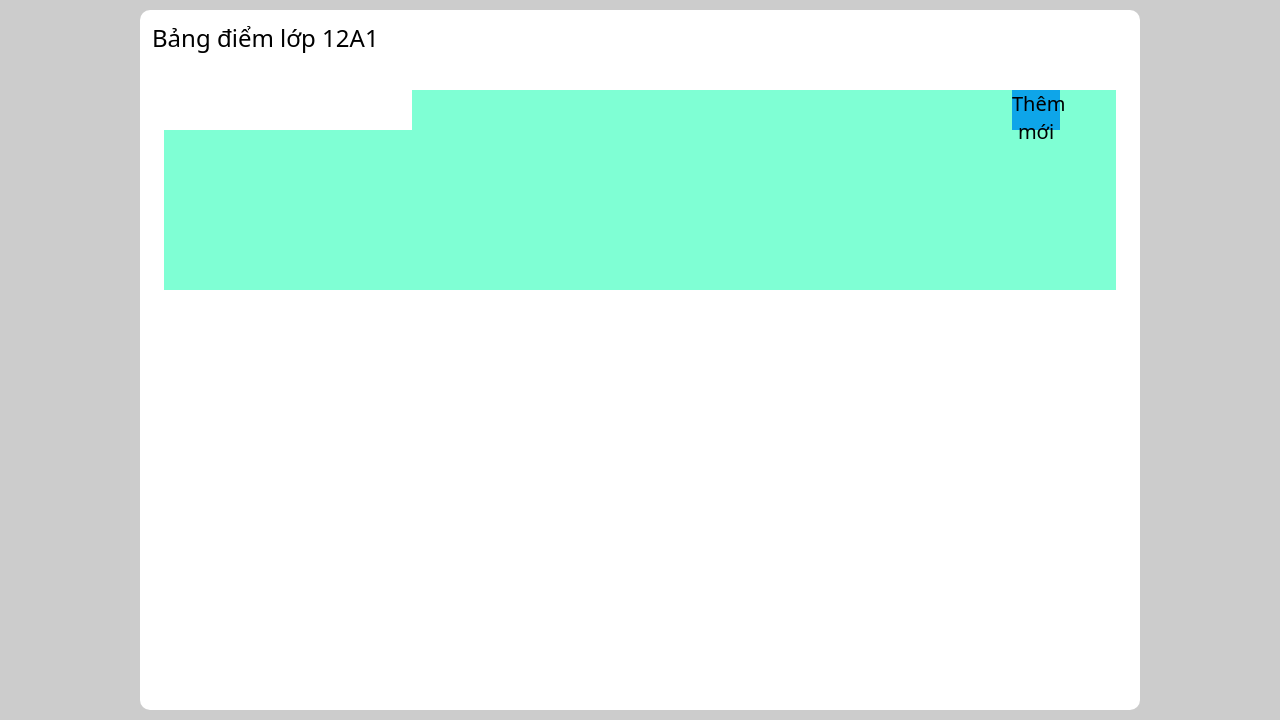
Repository: doducthuan/ReactJS-Movie
Page: /
The author's editor kept a copy of each file at every save. The page is drawn from the files as they stood at one save, then again after the next save.
The browser window is 1280 px wide. The pictures show the whole page.
The project was rebuilt for these pictures with package versions that can differ from the ones it lists, and the page was loaded fresh each time. Also part of the build but not shown: src/App.css.

Above is the page before, as saved 2024-01-13 05:58:15.

After the next save:
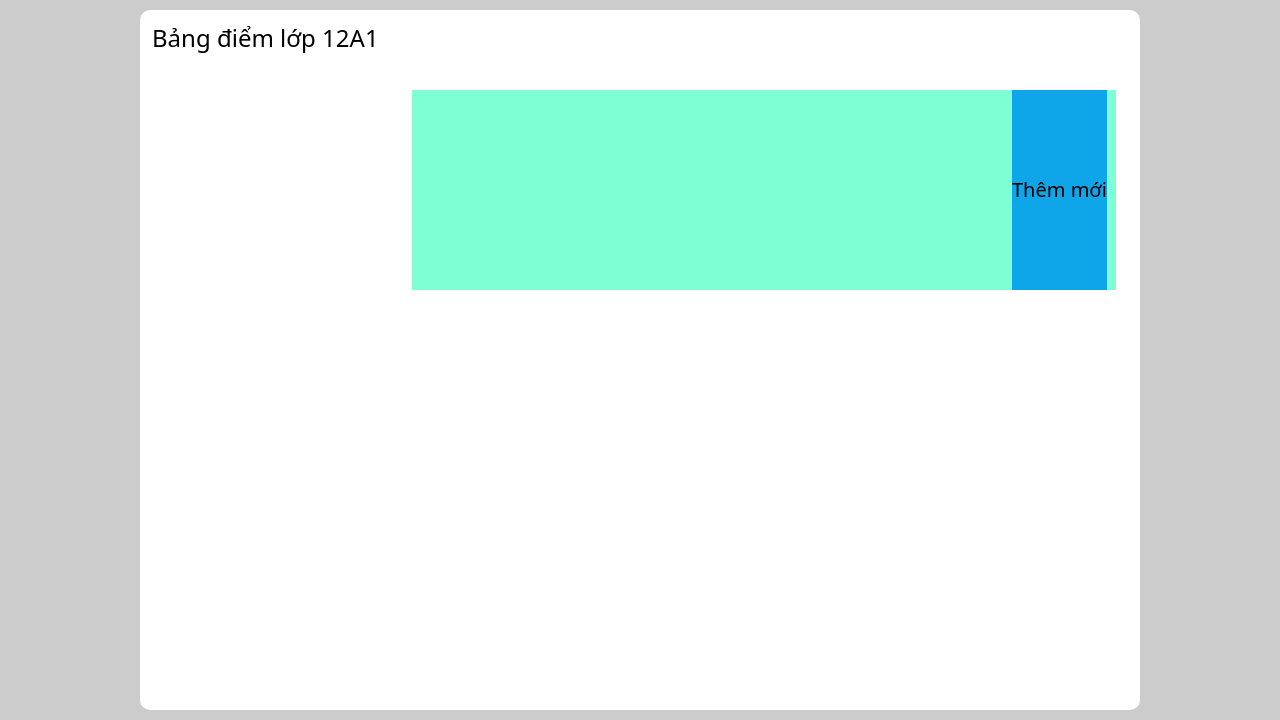
Saved 22 s later.
--- a/src/components/students/Students.js
+++ b/src/components/students/Students.js
@@ -6,8 +6,8 @@ const Students = () => {
             <div className="border-data">
                 <p className="font-sans text-2xl ml-3 mt-3">Bảng điểm lớp 12A1</p>
                 <div className="search-add mt-9 ml-6 mr-6 flex">
-                    <input className="search-all w-46 h-10"/>
-                    <button className="font-sans text-xl bg-sky-500 w-12 h-10">Thêm mới</button>
+                    <input className="search-all"/>
+                    <button className="font-sans text-xl bg-sky-500">Thêm mới</button>
                 </div>
             </div>
         </div>
